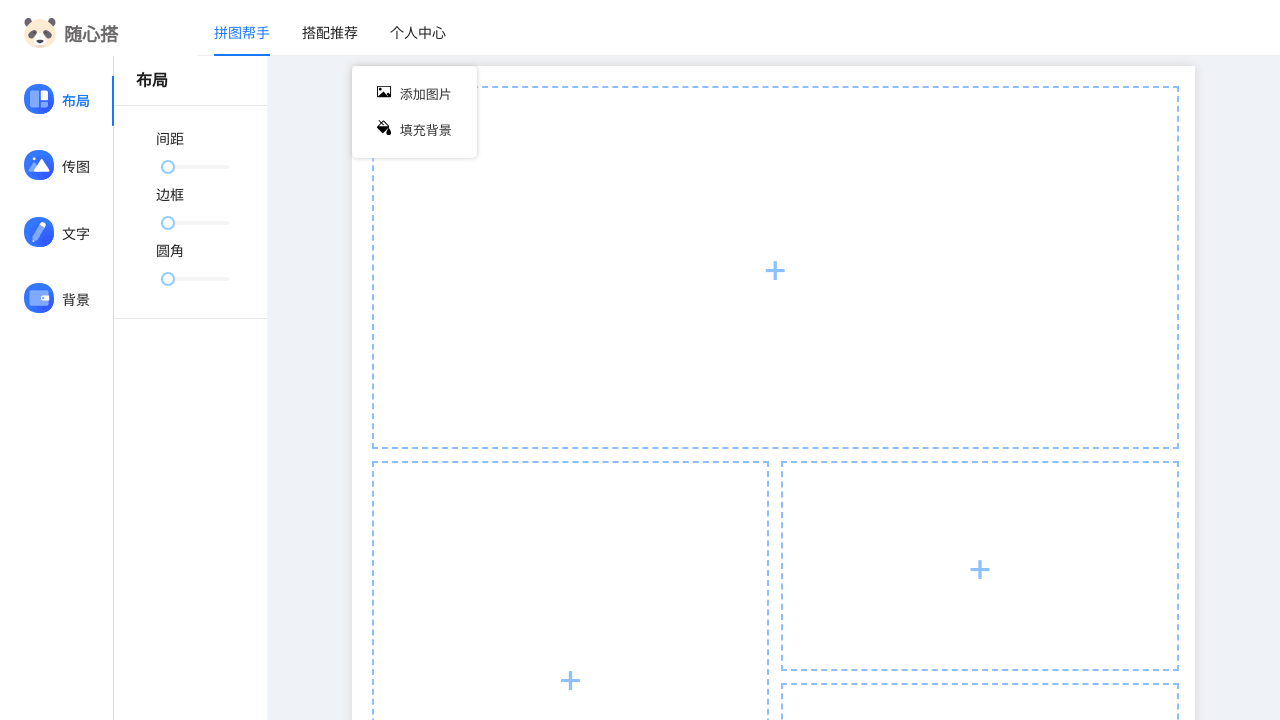
Repository: zzq1101921989/low-code
Page: /
An editor plug-in stored every save of this project. The page is shown before and after the next save, followed by the edit.
The browser window is 1280 px wide. The pictures show the whole page.
The project was rebuilt for these pictures with package versions that can differ from the ones it lists, and the page was loaded fresh each time. Also part of the build but not shown: vite.config.ts, src/pages/admin/index.tsx, src/components/icon/ClothesIcon.tsx, src/components/icon/HairIcon.tsx, src/components/icon/PantsIcon.tsx, src/components/icon/ShoeIcon.tsx, src/pages/recommend/index.tsx.

Above is the page before, as saved 2023-05-10 22:44:01.

After the next save:
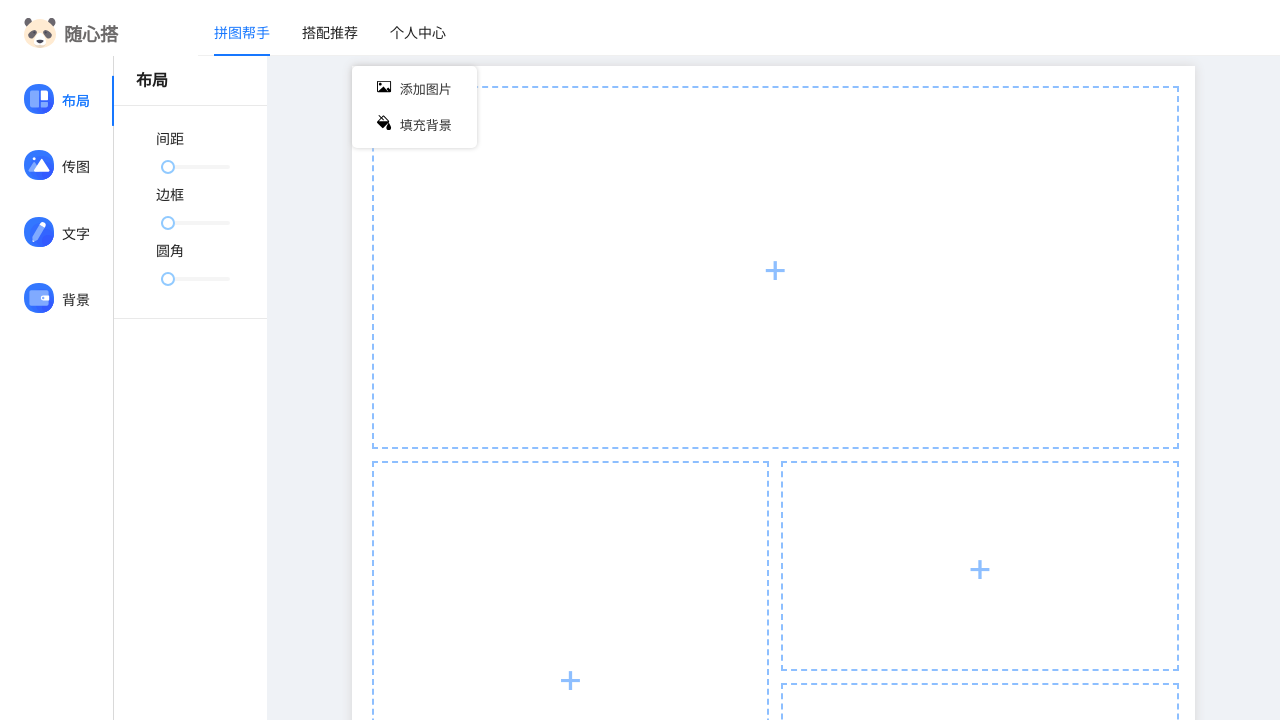
Saved 10 s later.
--- a/src/pages/home/components/contextmenu/index.module.less
+++ b/src/pages/home/components/contextmenu/index.module.less
@@ -2,7 +2,7 @@
     position: absolute;
     left: 0;
     top: 0;
-    padding: 10px 25px;
+    padding: 5px 25px;
     background-color: #fff;
     box-shadow: 0 0 5px #ccc;
     border-radius: 5px;
